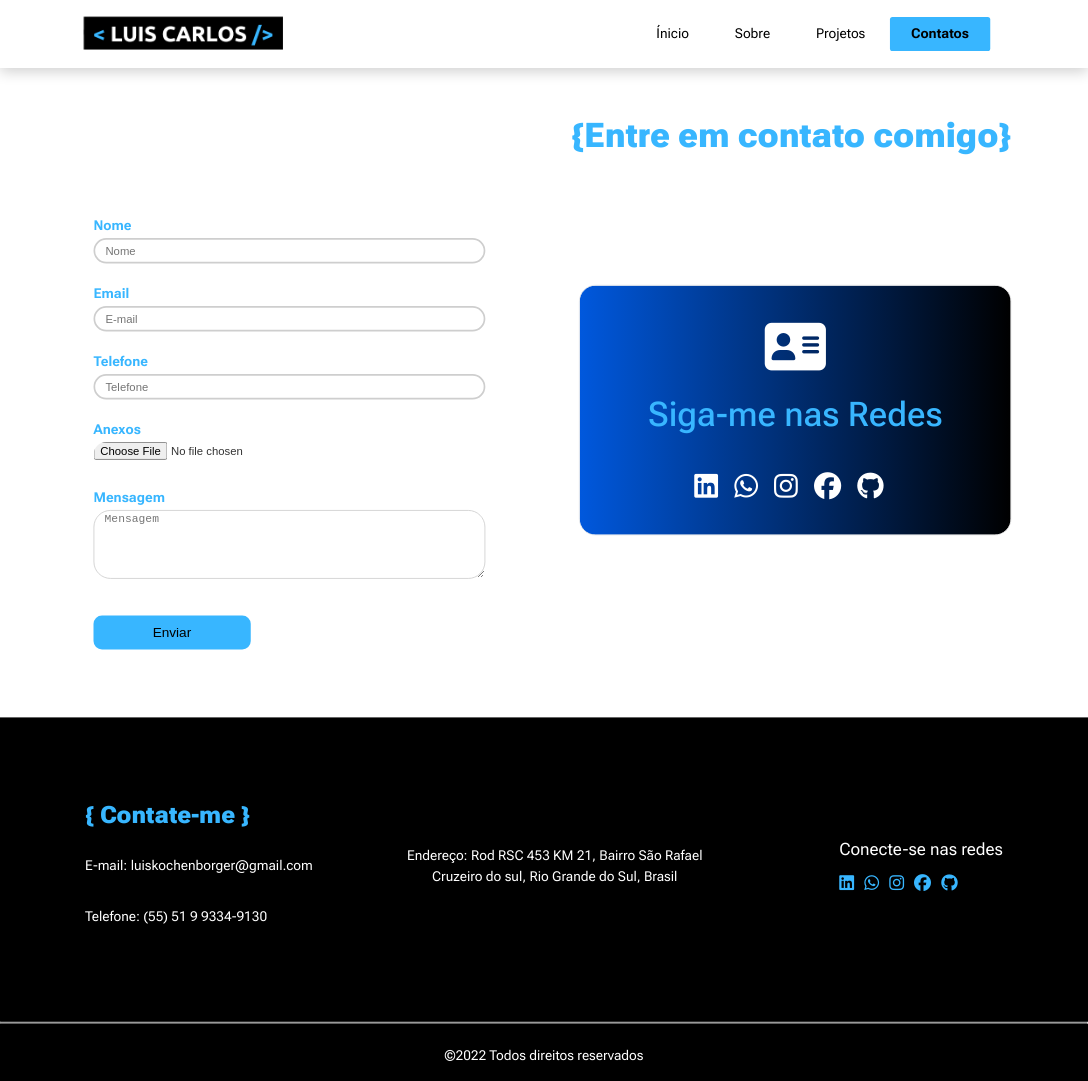
Repository: Iluiscarlos/SitePortifolio
Page: contacts.html
An editor plug-in stored every save of this project. The page is shown before and after the next save, followed by the edit.
The browser window is 1280 px wide. The pictures show the whole page, at 85% of full size.
Some web libraries are served in a nearby version.

Above is the page before, as saved 2022-05-25 20:12:30.

After the next save:
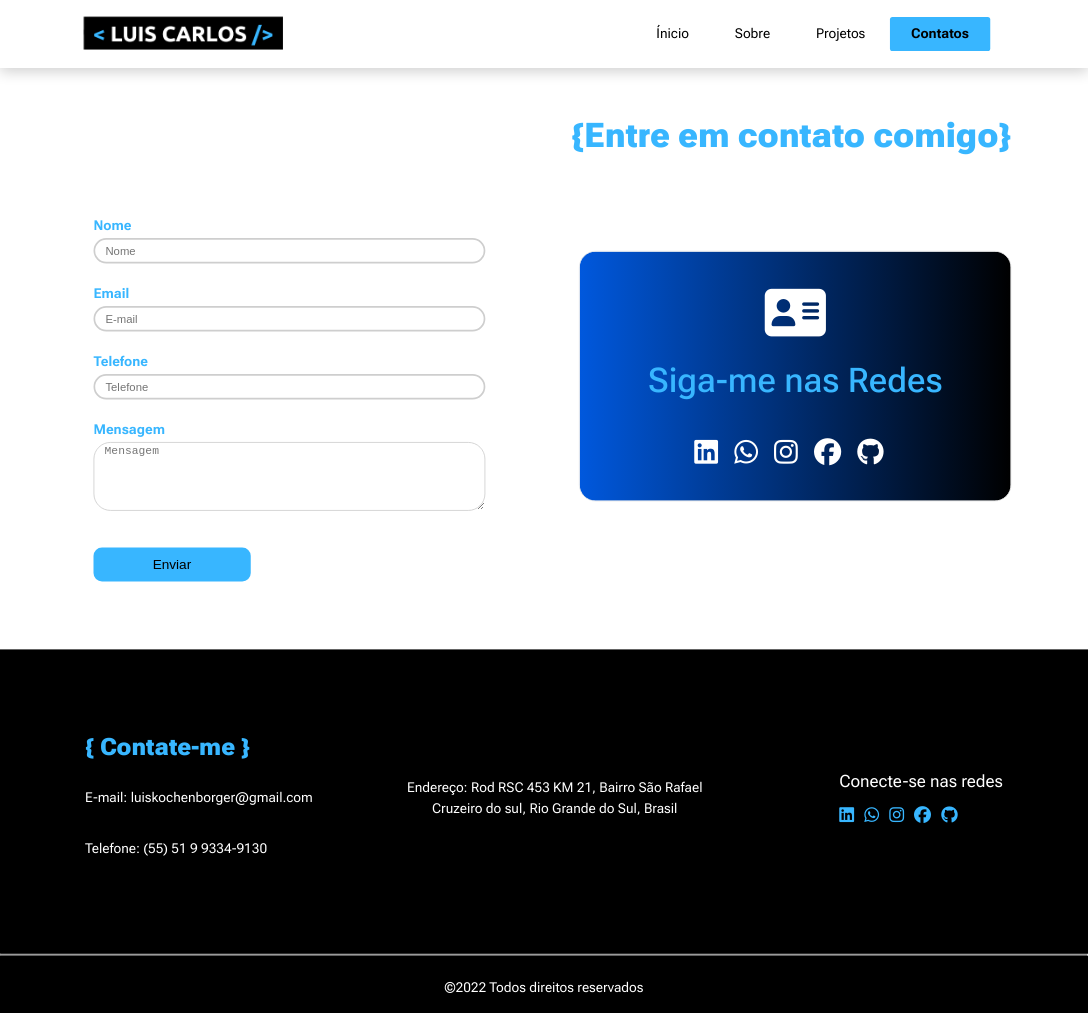
Saved 50 s later.
--- a/contacts.html
+++ b/contacts.html
@@ -47,9 +47,6 @@
                     <br>
                     <label for="phone">Telefone</label><br>
                     <input class="form-item" type="tel" id="phone" name="phone" placeholder="Telefone">
-                    <br>
-                    <label for="attachments">Anexos</label><br>
-                    <input class="form-item" type="file" id="attachments" name="attachments">
                     <br>
                     <label for="message">Mensagem</label><br>
                     <textarea class="form-item" id="message" name="message" rows="5" placeholder="Mensagem"></textarea>
